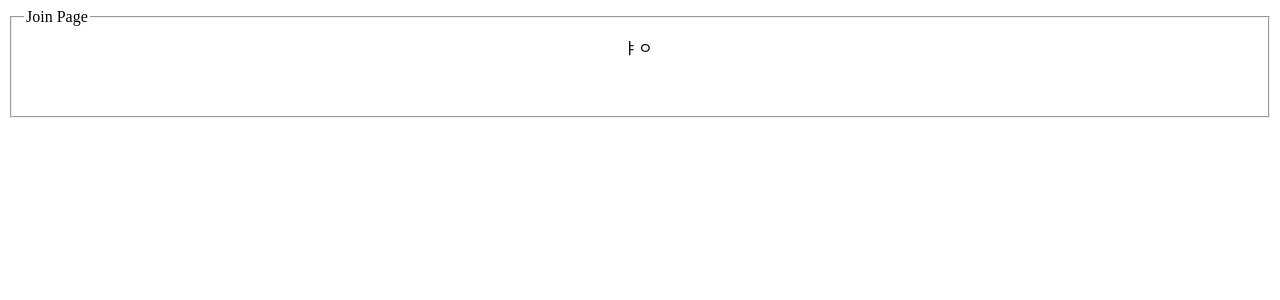
Repository: Jungsol/Servlet_JSP_study
Page: Servlet_JSP_study/src/main/webapp/ex09_join.html
The author's editor kept a copy of each file at every save. The page is drawn from the files as they stood at one save, then again after the next save.
The browser window is 1280 px wide. The pictures show the whole page.

Above is the page before, as saved 2023-06-06 14:35:00.

After the next save:
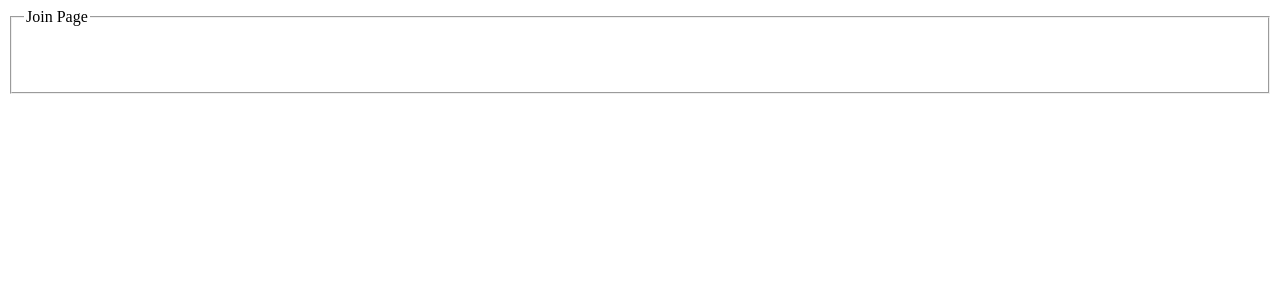
Saved 18 s later.
--- a/Servlet_JSP_study/src/main/webapp/ex09_join.html
+++ b/Servlet_JSP_study/src/main/webapp/ex09_join.html
@@ -15,7 +15,7 @@ table {margin: 0 auto;}
 		<legend>Join Page</legend>
 			<table>
 				<tr>
-					<td>ㅑㅇ</td>
+					<td></td>
 					<td></td>
 				</tr>
 				<tr>
